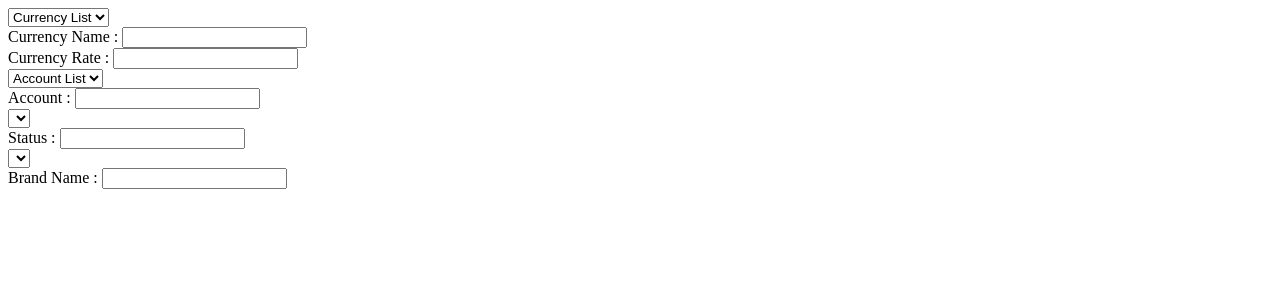
Repository: cheukyin21hk/DudeClothingConsole
Page: http://localhost/DudeClothing/WEB-INF/views/basicInfo.jsp
These files come from the project's save history. The page is drawn as it stood at one moment and after a run of saves; the edit follows.
The browser window is 1280 px wide. The pictures show the whole page.
The page is served by Tomcat 9. Nobody is signed in. Other server files are loaded and not shown. The template is opened directly, without the code that normally fills it, so the values that code supplies are empty.

Above is the page before, as saved 2015-05-23 17:11:57.

### DudeClothing/src/main/webapp/WEB-INF/views/basicInfo.jsp
<%@ page language="java" contentType="text/html; charset=UTF-8"
	pageEncoding="UTF-8"%>
<%@ taglib prefix="form" uri="http://www.springframework.org/tags/form"%>
<%@ taglib prefix="spring" uri="http://www.springframework.org/tags"%>

<!DOCTYPE html PUBLIC "-//W3C//DTD HTML 4.01 Transitional//EN" "http://www.w3.org/TR/html4/loose.dtd">
<html>
<head>
<meta http-equiv="Content-Type" content="text/html; charset=UTF-8">
<title>Dude Clothing -</title>

</head>
<body>

	<div class="legend1" id="currencyForm">

		<select>
			<option>Currency List</option>
		</select><br /> Currency Name : <input type="text"><br /> Currency
		Rate : <input type="text">
	</div>

	<div class="legend1" id="accountForm">
		<select>
			<option>Account List</option>
		</select><br /> Account : <input type="text"><br />
	</div>

	<div class="legend1" id="statusForm">
		<form:select path="test" items="${test}">
		</form:select>
		<br /> Status : <input type="text"><br />
	</div>

	<div class="legend1" id="brandForm">
		<form:select path="test" items="${test}">
		</form:select>
		<br /> Brand Name : <input type="text"><br />
	</div>
</body>
</html>

After the next 2 saves:
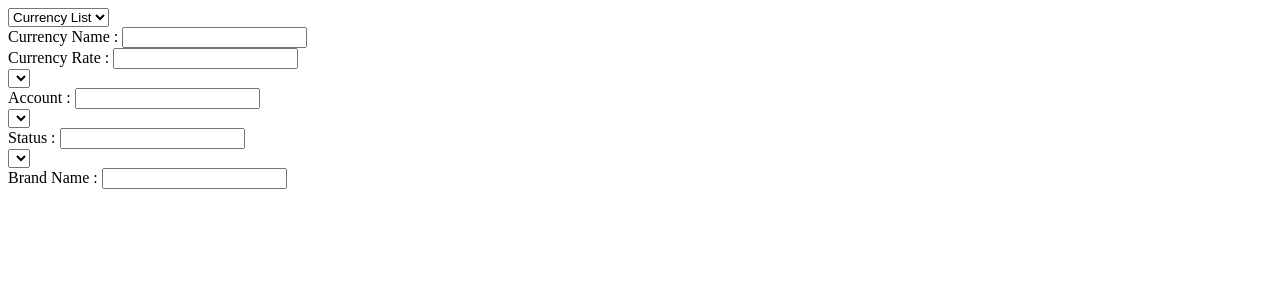
The 2 saves are shown as one change because they came seconds apart.
The last was saved 13 s later.
--- a/DudeClothing/src/main/webapp/WEB-INF/views/basicInfo.jsp
+++ b/DudeClothing/src/main/webapp/WEB-INF/views/basicInfo.jsp
@@ -21,9 +21,9 @@
 	</div>
 
 	<div class="legend1" id="accountForm">
-		<select>
-			<option>Account List</option>
-		</select><br /> Account : <input type="text"><br />
+		<form:select path="test" items="${test}">
+		</form:select>
+		<br /> Account : <input type="text"><br />
 	</div>
 
 	<div class="legend1" id="statusForm">
